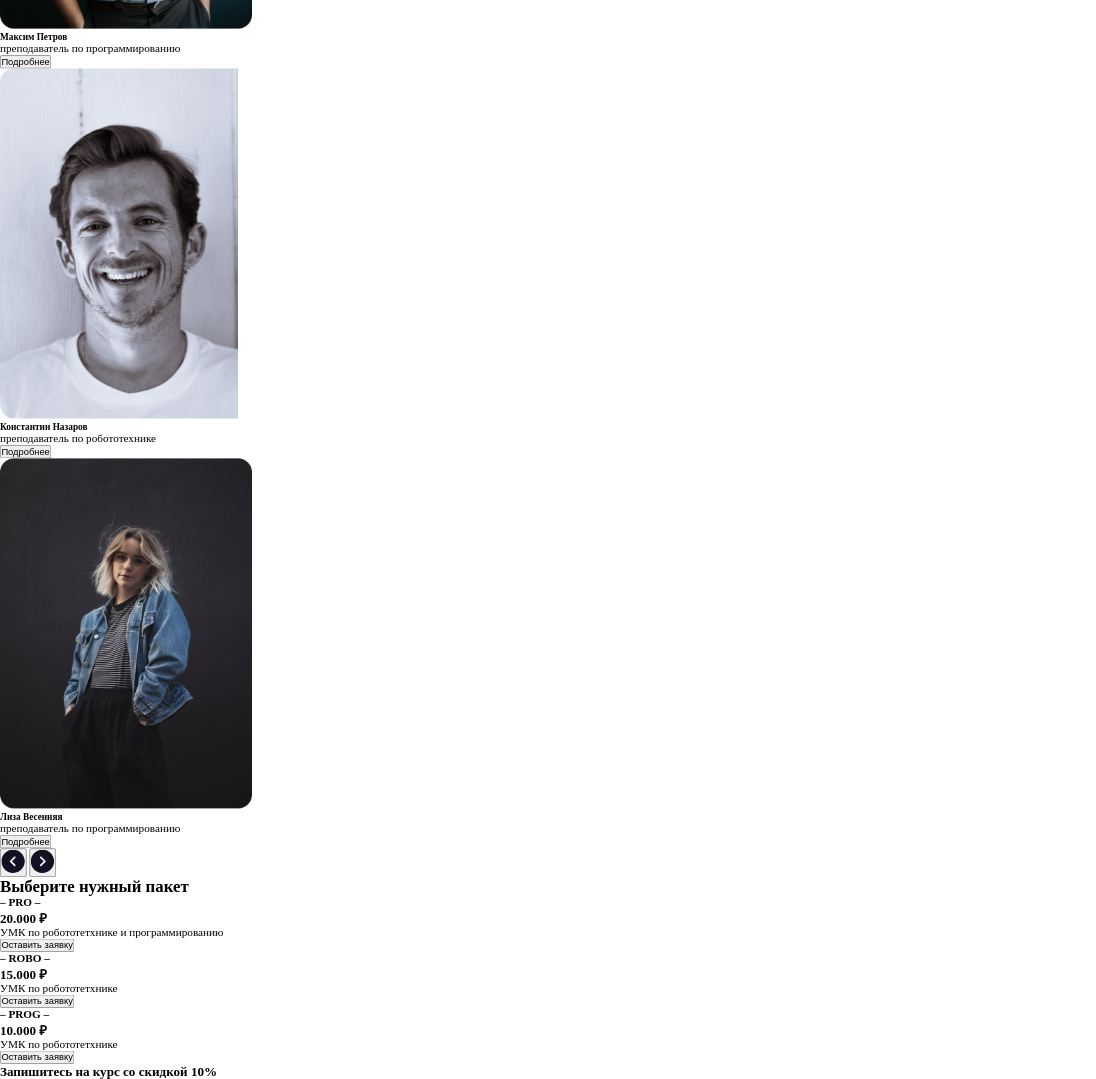
Repository: Shaiyr1/robo
Page: index.html
An editor plug-in stored every save of this project. The page is shown before and after the next save, followed by the edit.
The browser window is 1280 px wide. The page is 1566 px wide, so the pictures cover 1566 px, including what lies to the right of the window. The pictures show the part of the page from y = 3957 to 5517 px (the page is 5499 px tall before and 5517 px after), at 70% of full size.

Above is the page before, as saved 2026-11-04 16:33:23.

After the next save:
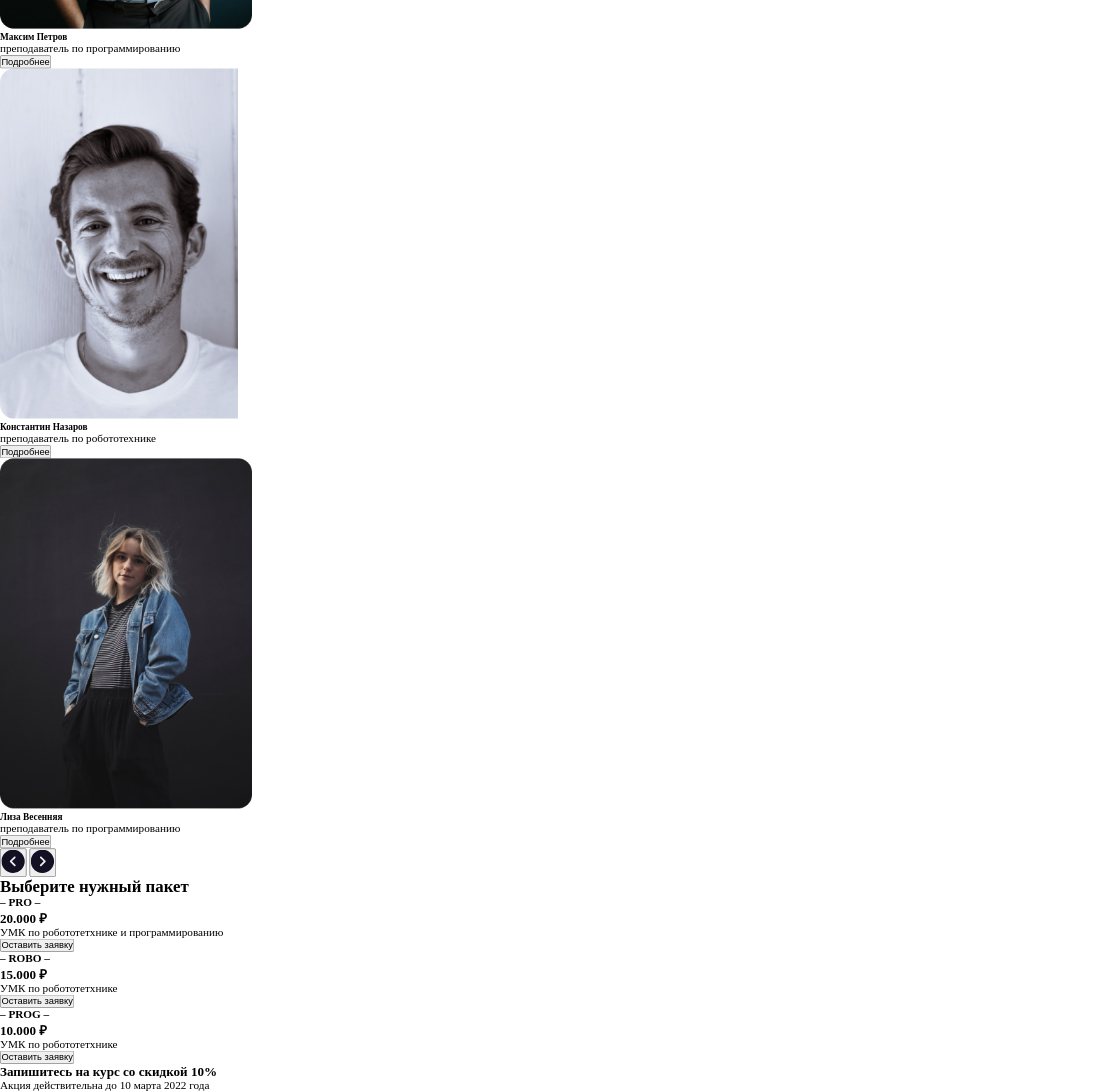
Saved 24 s later.
--- a/index.html
+++ b/index.html
@@ -184,6 +184,7 @@
             <div class="container">
                 <div class="signUp-titles">
                     <h3 class="signUp-titles__title">Запишитесь на курс со скидкой 10%</h3>
+                    <p>Акция действительна до 10 марта 2022 года</p>
                 </div>
             </div>
         </div>
